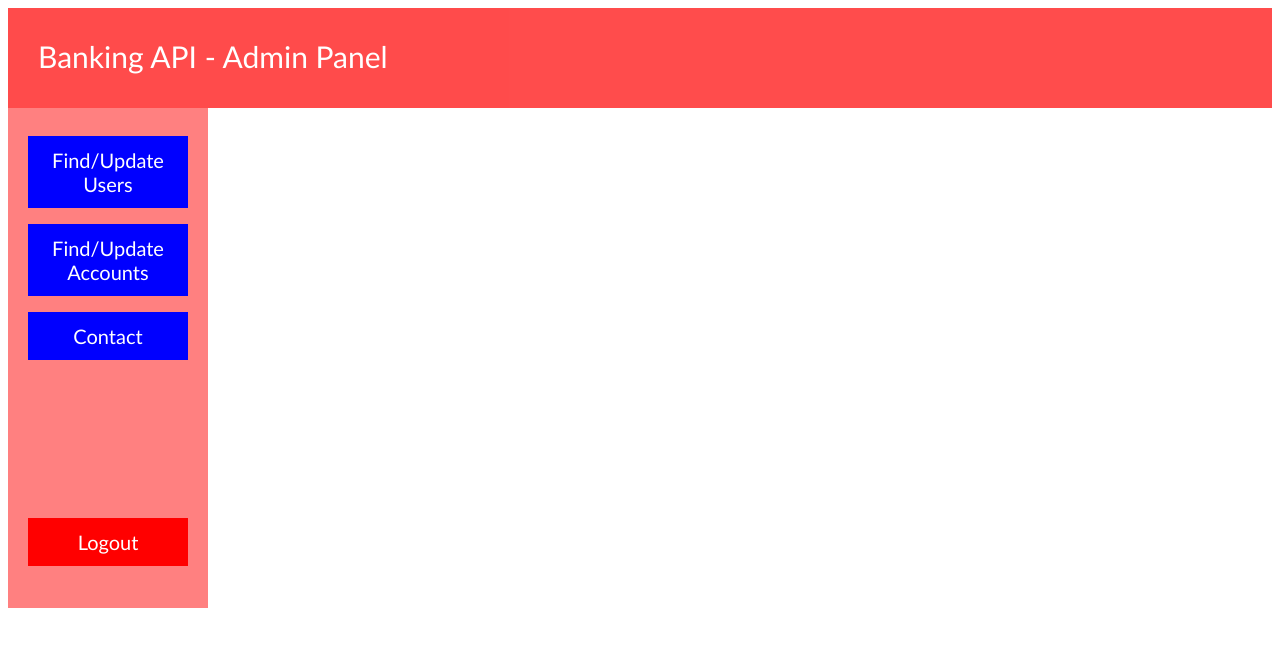
Repository: kennyufish/Revature_ROCP1_Project_Banking_API
Page: banking_api/src/main/webapp/adminInfo.html
An editor plug-in stored every save of this project. The page is shown before and after the next save, followed by the edit.
The browser window is 1280 px wide. The pictures show the whole page.

Above is the page before, as saved 2020-10-13 18:56:11.

After the next save:
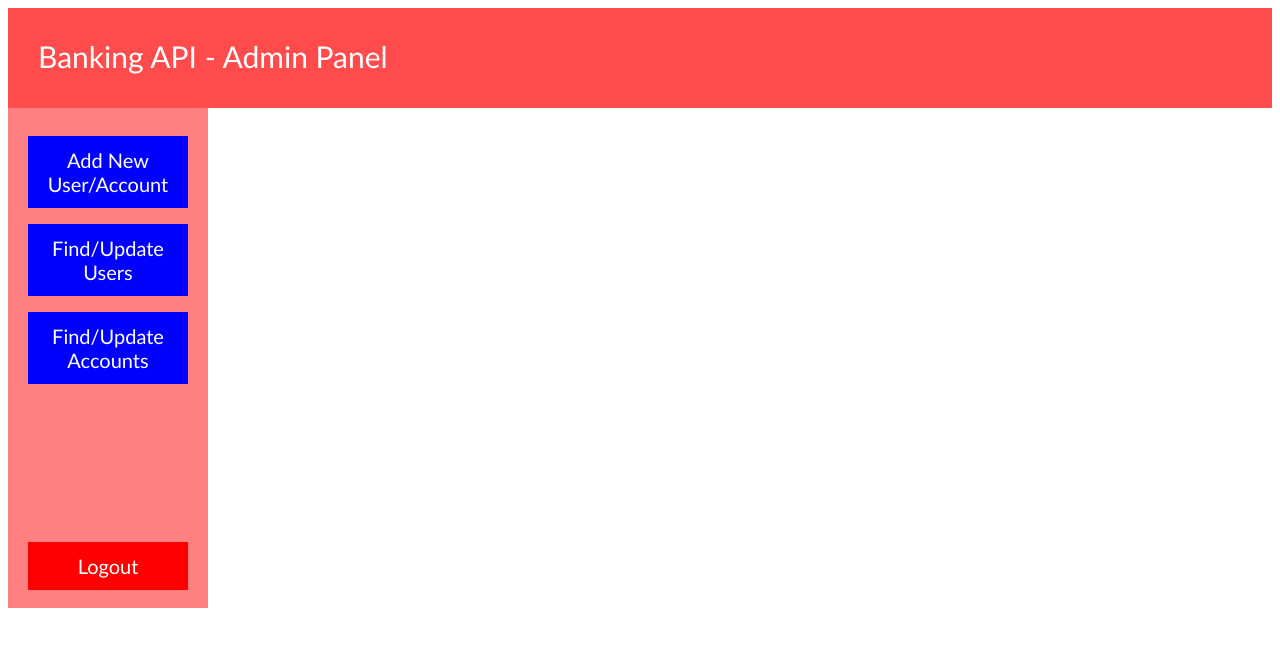
Saved 52 s later.
--- a/banking_api/src/main/webapp/adminInfo.html
+++ b/banking_api/src/main/webapp/adminInfo.html
@@ -16,6 +16,10 @@
 	<header class="adminInfoHeader">Banking API - Admin Panel</header>
 	<section>
 		<nav class="adminInfoNav">
+
+			<form action="contacts" method="post">
+				<button class="adminNavButton" type="submit">Add New User/Account</button>
+			</form>
 			<form action="userInfo" method="post">
 				<button class="adminNavButton" type="submit">Find/Update Users</button>
 			</form>
@@ -23,9 +27,6 @@
 				<button class="adminNavButton" type="submit">Find/Update Accounts</button>
 			</form>
 
-			<form action="contacts" method="post">
-				<button class="adminNavButton" type="submit">Contact</button>
-			</form>
 
 			<form action="logout" method="post">
 				<button class="logoutButton" type="submit">Logout</button>
